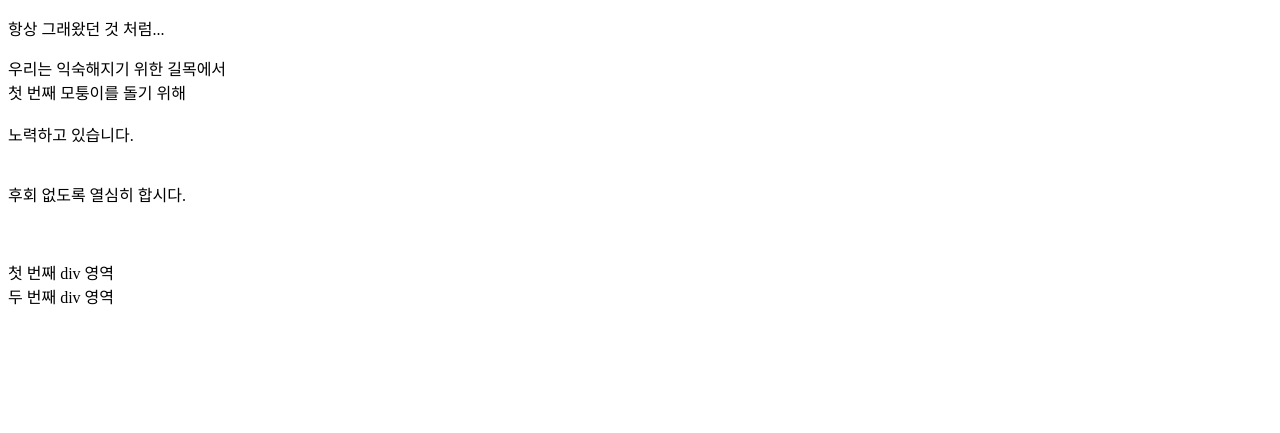
Repository: yhj4130/WebStudy
Page: WebApp01/WebContent/Test001.html
An editor plug-in stored every save of this project. The page is shown before and after the next save, followed by the edit.
The browser window is 1280 px wide. The pictures show the whole page.

Above is the page before, as saved 2019-04-29 07:07:36.

After the next save:
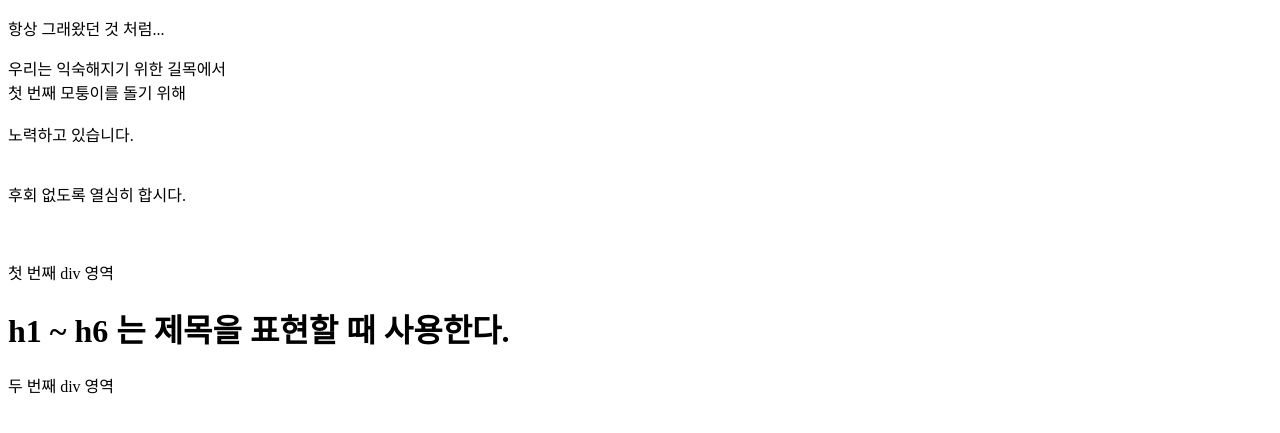
Saved 17 s later.
--- a/WebApp01/WebContent/Test001.html
+++ b/WebApp01/WebContent/Test001.html
@@ -18,6 +18,7 @@
 <!-- 영역 구성 -->
 <div>
 	첫 번째 div 영역<br>
+	<h1>h1 ~ h6 는 제목을 표현할 때 사용한다.</h1>
 </div>
 <div>
 	두 번째 div 영역<br>
